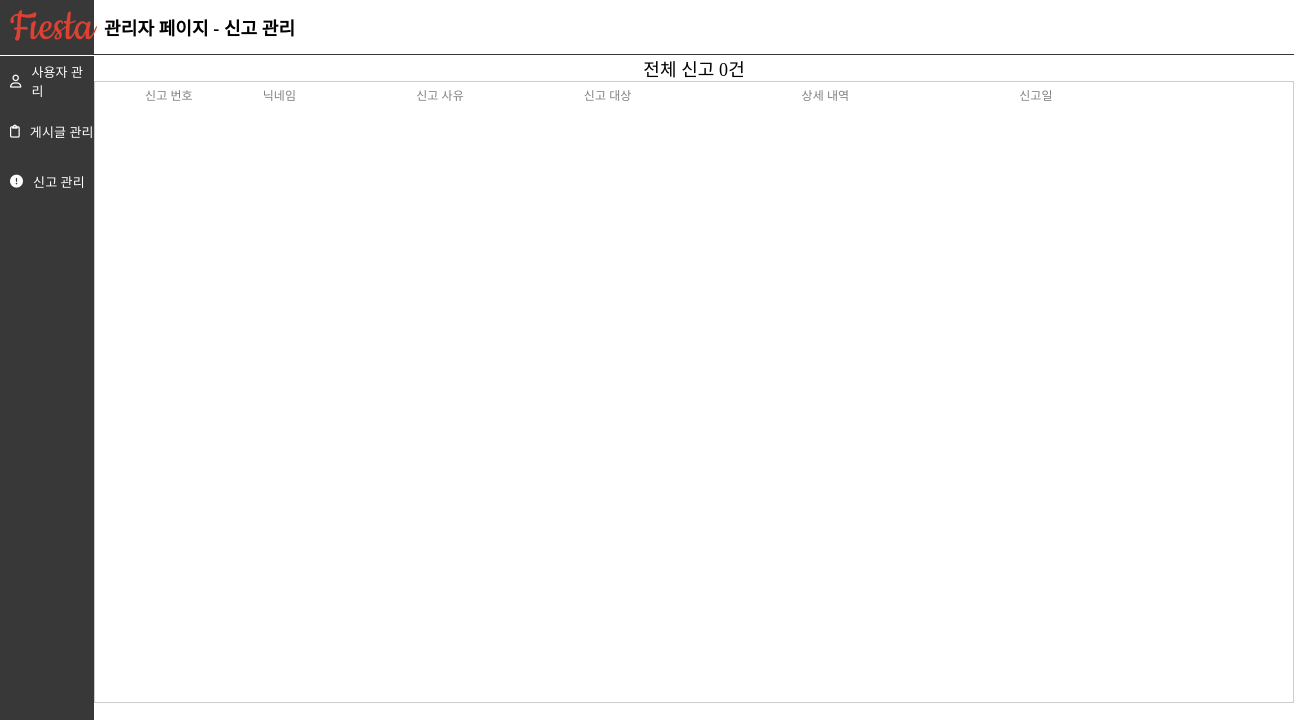
Repository: SNSFiestaTeam/Fiesta
Page: Fiesta/src/main/webapp/html/management/management-report.html
An editor plug-in stored every save of this project. The page is shown before and after the next save, followed by the edit.
The browser window is 1280 px wide. The page is 1294 px wide, so the pictures cover 1294 px, including what lies to the right of the window. The pictures show the whole page.
Some web fonts or font styles are not loaded; a fallback is used. Some web libraries are served in a nearby version.

Above is the page before, as saved 2022-12-06 12:28:59.

After the next save:
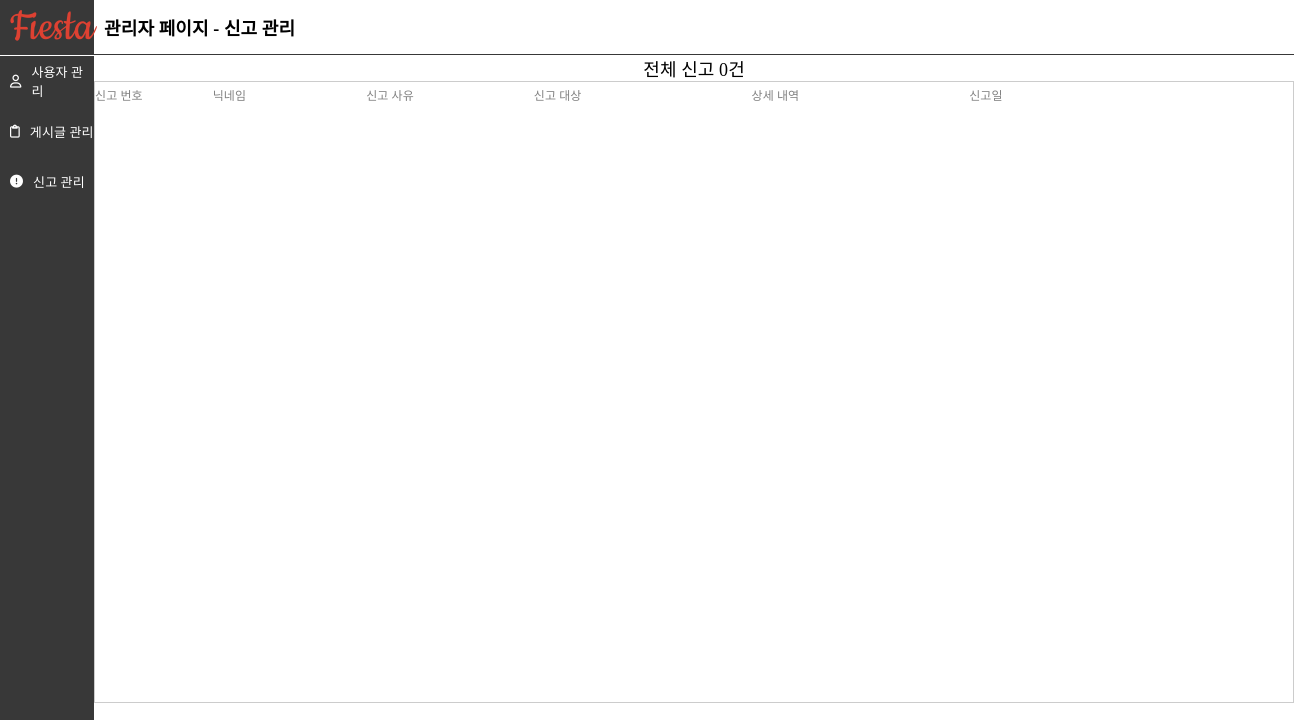
Saved 23 s later.
--- a/Fiesta/src/main/webapp/resources/css/management/management.css
+++ b/Fiesta/src/main/webapp/resources/css/management/management.css
@@ -113,12 +113,13 @@ body {
 }
 
 .row > span {
+  display: inline-block;
   font-size: 12px;
   margin-right: 20px;
 }
 
 .cor1 {
-  margin-left: 50px;
+
 }
 
 .cor2 {
